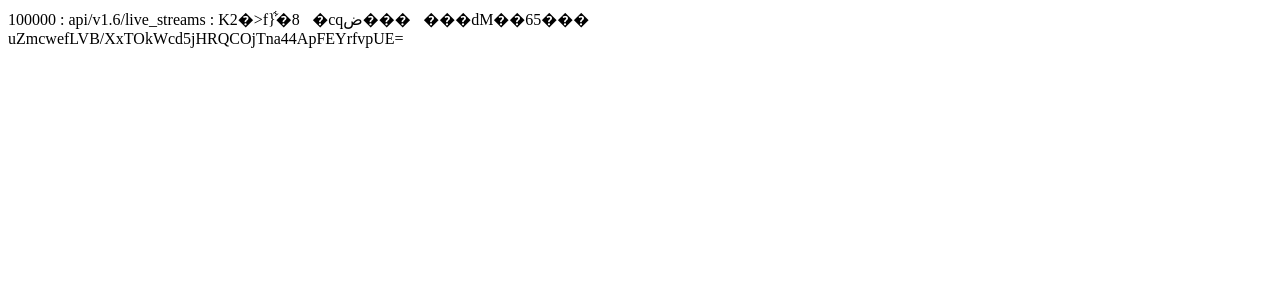
Repository: junhyeongShin/comunity_app
Page: http://localhost/Broadcast/curl copy.php
The author's editor kept a copy of each file at every save. The page is drawn from the files as they stood at one save, then again after the next save.
The browser window is 1280 px wide. The pictures show the whole page.
The page is run by PHP 8.4 with error messages shown; the project is at /var/www/html/.

Above is the page before, as saved 2021-05-28 13:44:58.

### Broadcast/curl copy.php
<?php

$timestamp = 100000;
$path = "api/v1.6/live_streams";
$wscApiKey = "ZU5iQaPSt14WHFvQPZ1DGRDxBOc0R7bSHa2vN0W4JA0Q3hXONsRtr0T8uQoA3010";

$wscApiKey = hash('sha256',$wscApiKey,true);

$hmacData = ($timestamp.' : '.$path.' : '.$wscApiKey);
echo $hmacData;
echo '<br>';

$hash_key = base64_encode(hash_hmac('sha256',$hmacData,$wscApiKey,true));
echo $hash_key;
echo '<br>';


?>

After the next save:
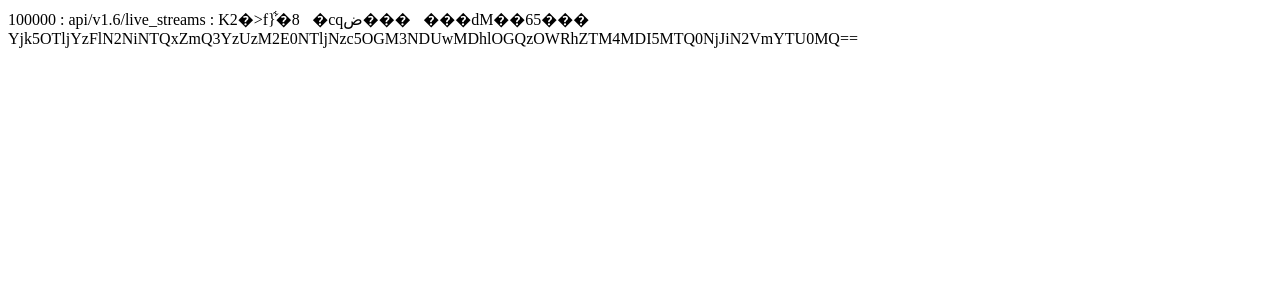
Saved 20 s later.
--- a/Broadcast/curl copy.php
+++ b/Broadcast/curl copy.php
@@ -10,7 +10,7 @@ $hmacData = ($timestamp.' : '.$path.' : '.$wscApiKey);
 echo $hmacData;
 echo '<br>';
 
-$hash_key = base64_encode(hash_hmac('sha256',$hmacData,$wscApiKey,true));
+$hash_key = base64_encode(hash_hmac('sha256',$hmacData,$wscApiKey));
 echo $hash_key;
 echo '<br>';
 
